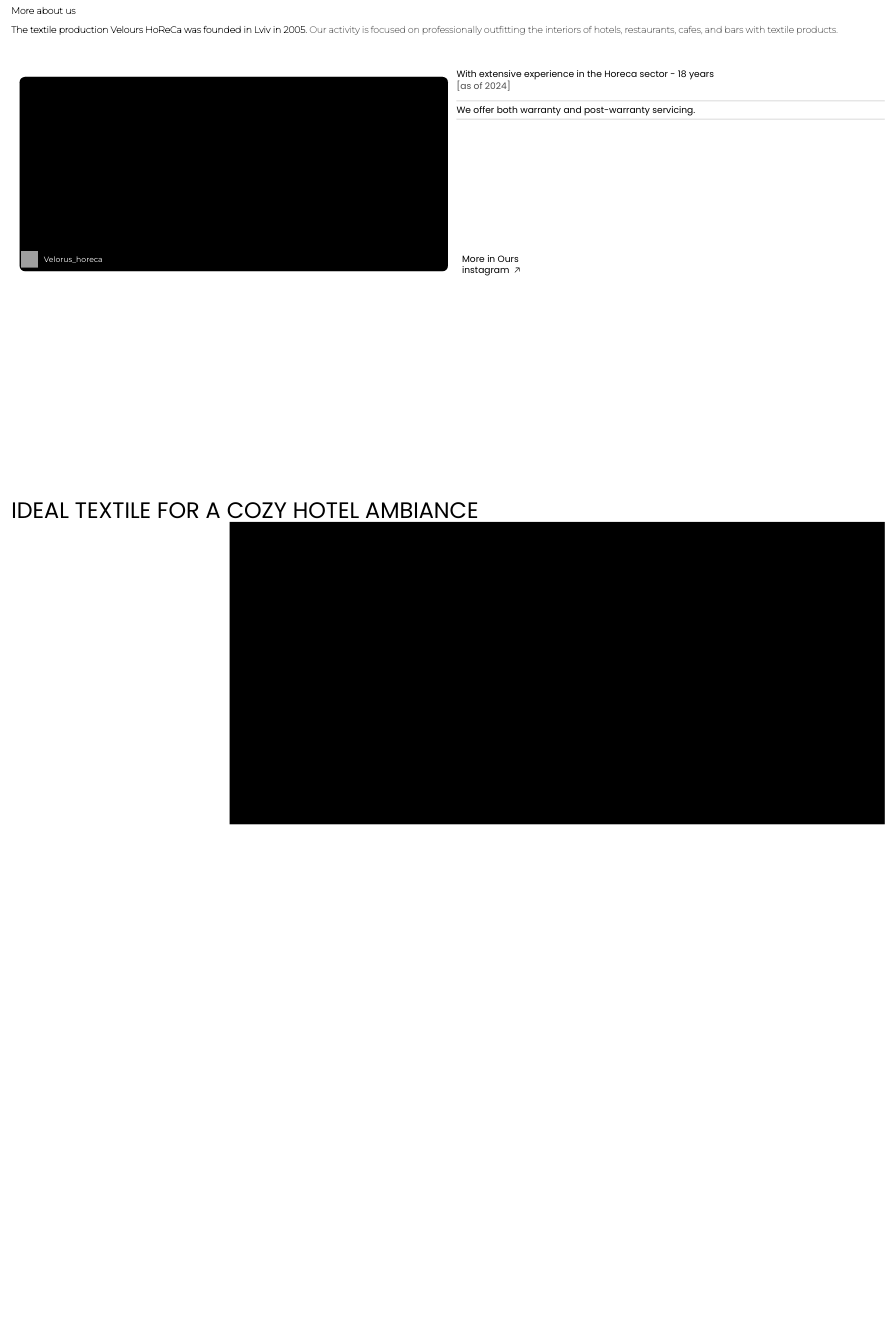
Repository: nikhilsinghrathore1/Shery_02
Page: /
The author's editor kept a copy of each file at every save. The page is drawn from the files as they stood at one save, then again after the next save.
The browser window is 1280 px wide. The pictures show the part of the page from y = 3082 to 5002 px (the page is 5544 px tall), at 70% of full size.
Pictures or frames that could not be fetched are drawn as grey boxes. The project was rebuilt for these pictures with package versions that can differ from the ones it lists, and the page was loaded fresh each time. Also part of the build but not shown: vite.config.js.

Above is the page before, as saved 2024-07-18 03:09:39.

### src/App.jsx
import { useState } from 'react'
import reactLogo from './assets/react.svg'
import viteLogo from '/vite.svg'
import './App.css'
import Landing from './pages/Landing'

function App() {
  const [count, setCount] = useState(0)

  return (
    <>
      <Landing/>
    </>
  )
}

export default App

### src/App.css
@font-face {
  font-family: font1;
  src: url("../public/6624dc4c3f39ffabcd0dc162_Montserrat-VariableFont_wght.ttf");
}
@font-face {
  font-family: font2;
  src: url("../public/CircularXXWeb-Book\ \(1\).ttf");
}
@font-face {
  font-family: font3;
  src: url("../public/JTUQjIg1_i6t8kCHKm459WxRyS7m0dR9pA.ttf");
}
@font-face {
  font-family: font4;
  src: url("../public/JTUSjIg1_i6t8kCHKm459WlhyyTh89Y.ttf");
}
@font-face {
  font-family: font5;
  src: url("../public/pxiEyp8kv8JHgFVrJJfecnFHGPc.ttf");
}

.f1{
  font-family: font1;
}
.f2{
  font-family: font2;
}
.f3{
  font-family: font3;
}
.f4{
  font-family: font4;
}
.f5{
  font-family: font5;
}

### src/pages/Landing.jsx
import React from 'react'
import MoreInsta from '../components/MoreInsta'
import Nav from '../components/Nav'
import SingleHero from '../components/SingleHero'
import VideoCont from '../components/VideoCont'

const Landing = () => {
  return (
    <div className='w-full overflow-hidden'>
               {/* this is the first image gallery part */}
               <div className='w-full h-[400vh] relative '>
               <Nav/>
               <SingleHero img={"https://cdn.prod.website-files.com/6613fb0aff6a7761bf9a817d/66267f01781250e3c4f8ed19_hero-01-p-1080.webp"} text={"hotel"}/>
               <SingleHero img={"https://cdn.prod.website-files.com/6613fb0aff6a7761bf9a817d/66267f00e43626f944ce0076_hero-02-p-1080.webp"} text={"restaurant"}/>
               <SingleHero img={"https://cdn.prod.website-files.com/6613fb0aff6a7761bf9a817d/66267f011d36d94902bbbcd3_hero-03-p-1080.webp"} text={"catering"}/>
               <SingleHero img={"https://cdn.prod.website-files.com/6613fb0aff6a7761bf9a817d/66267f0015a49ebd0cb05e50_hero-04-p-1080.webp"} text={"+automative"}/>
               </div>

               {/* this is the second text wala part  */}

               <div className='w-full  h-[120vh] px-4 pt-32 leading-[42px]'>
                              {/* this is the variable weight text */}
                              <div className='w-full f4 text-[32px] font-semibold text-black uppercase h-fit'>
                                             <p><span className='pl-44'>full</span> responsibility from project to implementation.</p>
                              </div>

                              <div className='f4 text-[13px] font-semibold mt-10 leading-none'>
                                             <p>More about us</p>
                                             <p className='mt-3 leading-[16px] font-semibold'>The textile production Velours HoReCa was founded in Lviv in 2005. <span className='opacity-60'>Our activity is focused on professionally outfitting the interiors of hotels, restaurants, cafes, and bars with textile products.</span></p>
                              </div>

                              <div className='w-full flex h-[50vh] mt-12 '>
                                             <div className='w-1/2 h-full flex justify-end pt-3'>
                                                            <VideoCont/>
                                             </div>
                                             <div className='w-1/2 h-full flex flex-col justify-between pl-3 pb-16 f5 font-light'>

                                                            <div className='w-full leading-[17px]  text-[13px]'>
                                                                           <p>With extensive experience in the Horeca sector - 18 years </p>
                                                                           <p className='opacity-70'>[as of 2024]</p>

                                                                           <div className='border-y-[1px] border-black/20 py-1 mt-3'>
                                                                                          <p>We offer both warranty and post-warranty servicing.</p>
                                                                           </div>
                                                            </div>

                                                            <div className='f4 pl-2'>
                                                                           <MoreInsta/>
                                                            </div>



                                             </div>
                              </div>
               </div>

               <div className='w-full h-[250vh] px-4 pt-12'>
               <div className=' uppercase text-[32px] w-full leading-[35px] f5 font-light '>
                                             <p className='w-[78%]'>ideal textile for a cozy hotel ambiance</p>

                                             <div className='w-full flex h-[60vh]'>
                                                            <div className='w-[25%] h-full'></div>
                                                            <div className='w-[75%] h-full bg-black'></div>
                                             </div>
                              </div>
               </div>


    </div>
  )
}

export default Landing

### src/components/MoreInsta.jsx
import React from 'react'
import { GoArrowUpRight } from "react-icons/go";

const MoreInsta = () => {
  return (
    <div className=' leading-[16px] text-[13px] text-black f5 font-light'>
               <p>More in Ours</p>
               <p className='flex items-center gap-1'>instagram <span><GoArrowUpRight/></span></p>
    </div>
  )
}

export default MoreInsta

### src/components/Nav.jsx
import React from 'react'

const Nav = () => {
  return (
    <div className='w-full h-[100vh]  fixed text-white flex flex-col justify-between z-40 top-0'>
        <div className=' flex items-center justify-center pt-7'>

               <div className='flex  flex-col items-center justify-center leading-[18px]'>
                              <h1 className='text-[24px] f1'>Velorus</h1>
                              <h2 className='text-[10px] f1 '>HoReCa</h2>
               </div>
        </div>

        {/* this is the menu bar kinda thingy */}
        <div className='w-full h-[10vh]  px-3  '>

          <div className='w-full h-[65%] bg-black rounded-md flex justify-between px-[2px]'>
            <div className='w-[18%] h-full bg-white flex items-center justify-center overflow-hidden rounded-md'>
              <img className='w-[90%] h-[90%] object-cover' src="https://cdn.prod.website-files.com/6613fb0aff6a7761bf9a817d/6624b9bbba2e8daa37ae2e54_download-img-02.webp" alt="not showing" />
            </div>

            <div className='w-[57%] h-full text-[13px] text-white leading-[16px] f2 flex items-center justify-center'>
              <p>Download our Brochour on services in the HoReCa industry</p>
            </div>


            <div className='w-[15%] h-full bg-white flex items-center justify-center overflow-hidden rounded-md'>
              <img className='w-[80%] h-[80%] object-cover' src="https://cdn.prod.website-files.com/6613fb0aff6a7761bf9a817d/6624bdfbd80898e1c3060de1_download-icon.webp" alt="not showing" />
            </div>
          </div>





        </div>

    </div>
  )
}

export default Nav

### src/components/SingleHero.jsx
import React from 'react'

const SingleHero = ({img , text}) => {
  return (
    <div className='w-full h-[100vh] relative'>
               <div className='absolute bg-black/10 flex items-center justify-center w-full h-full top-0'>
                              <h1 className='uppercase text-[44px] f4 font-bold tracking-wider text-white'>{text}</h1>
               </div>
               <img className='w-full h-full object-cover' src={img} alt="not showing" />
    </div>
  )
}

export default SingleHero

### src/components/VideoCont.jsx
import React from 'react'

const VideoCont = () => {
  return (
    <div className='w-[98%] h-[80%] bg-black rounded-lg pt-[3px] px-[2px] '>
               <div className='w-full h-[87%] overflow-hidden rounded-lg'>
                              <video autoPlay muted loop className='w-full h-full object-cover' src="https://s3.amazonaws.com/webflow-prod-assets/6613fb0aff6a7761bf9a817d/663bcfe77765a0f1702b036f_insta-3.mp4"></video>
               </div>
               <div className='w-full text-white text-[11px] f1 h-[13%] pt-1 flex items-center pb-[2px] gap-2'>
                              <img className='w-[24px] h-[24px] object-cover' src="https://cdn.prod.website-files.com/6613fb0aff6a7761bf9a817d/663bcbd3012e5e6821be914c_logo-horeca.png" alt="not showing" />
                              <p>Velorus_horeca</p>
               </div>
    </div>
  )
}

export default VideoCont

Loaded but not shown: index.html (common file); src/main.jsx (common file); src/index.css (common file); tailwind.config.js (common file)

After the next save:
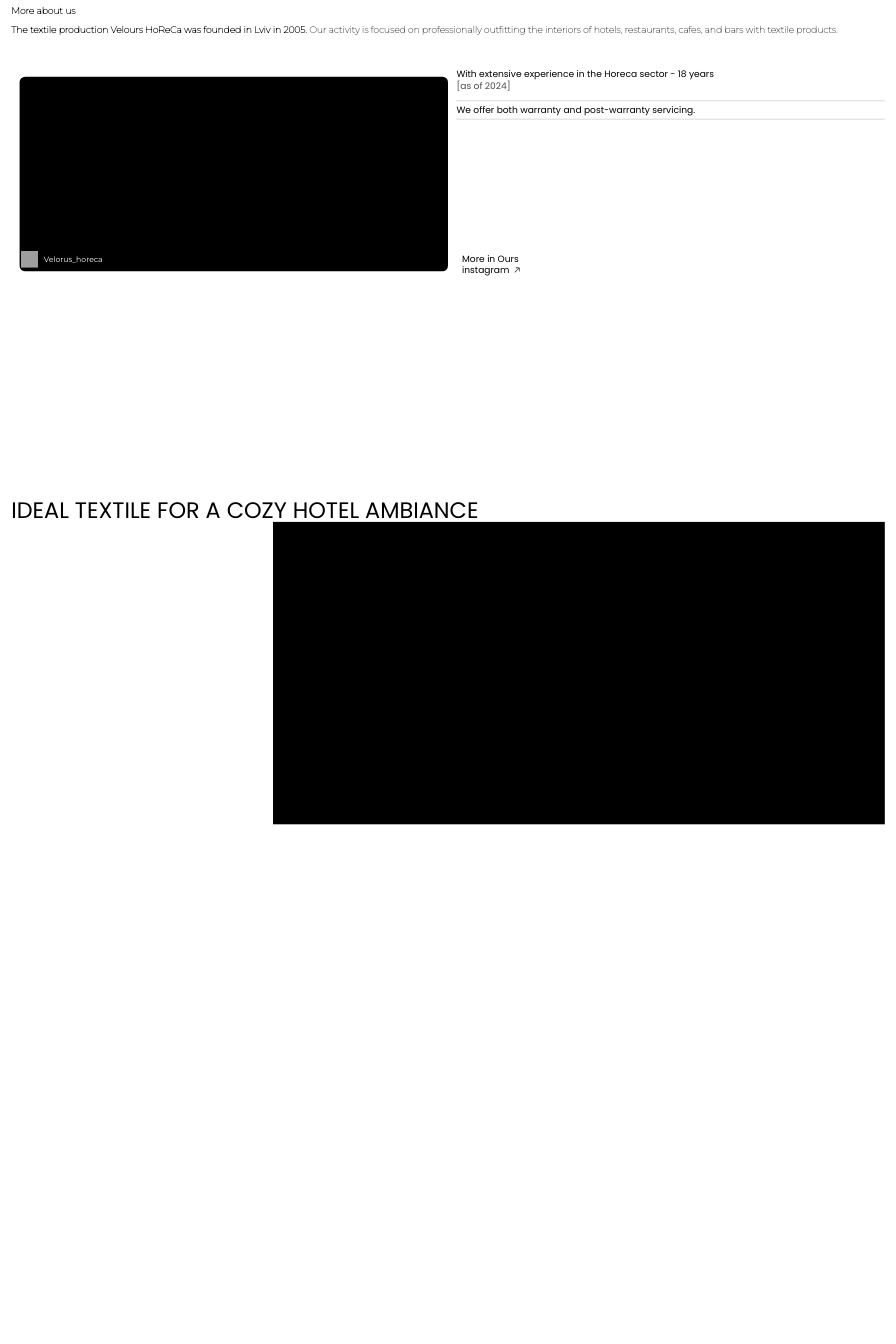
Saved 11 s later.
--- a/src/pages/Landing.jsx
+++ b/src/pages/Landing.jsx
@@ -59,8 +59,8 @@
                                              <p className='w-[78%]'>ideal textile for a cozy hotel ambiance</p>
 
                                              <div className='w-full flex h-[60vh]'>
-                                                            <div className='w-[25%] h-full'></div>
-                                                            <div className='w-[75%] h-full bg-black'></div>
+                                                            <div className='w-[30%] h-full'></div>
+                                                            <div className='w-[70%] h-full bg-black'></div>
                                              </div>
                               </div>
                </div>

After the save that followed:
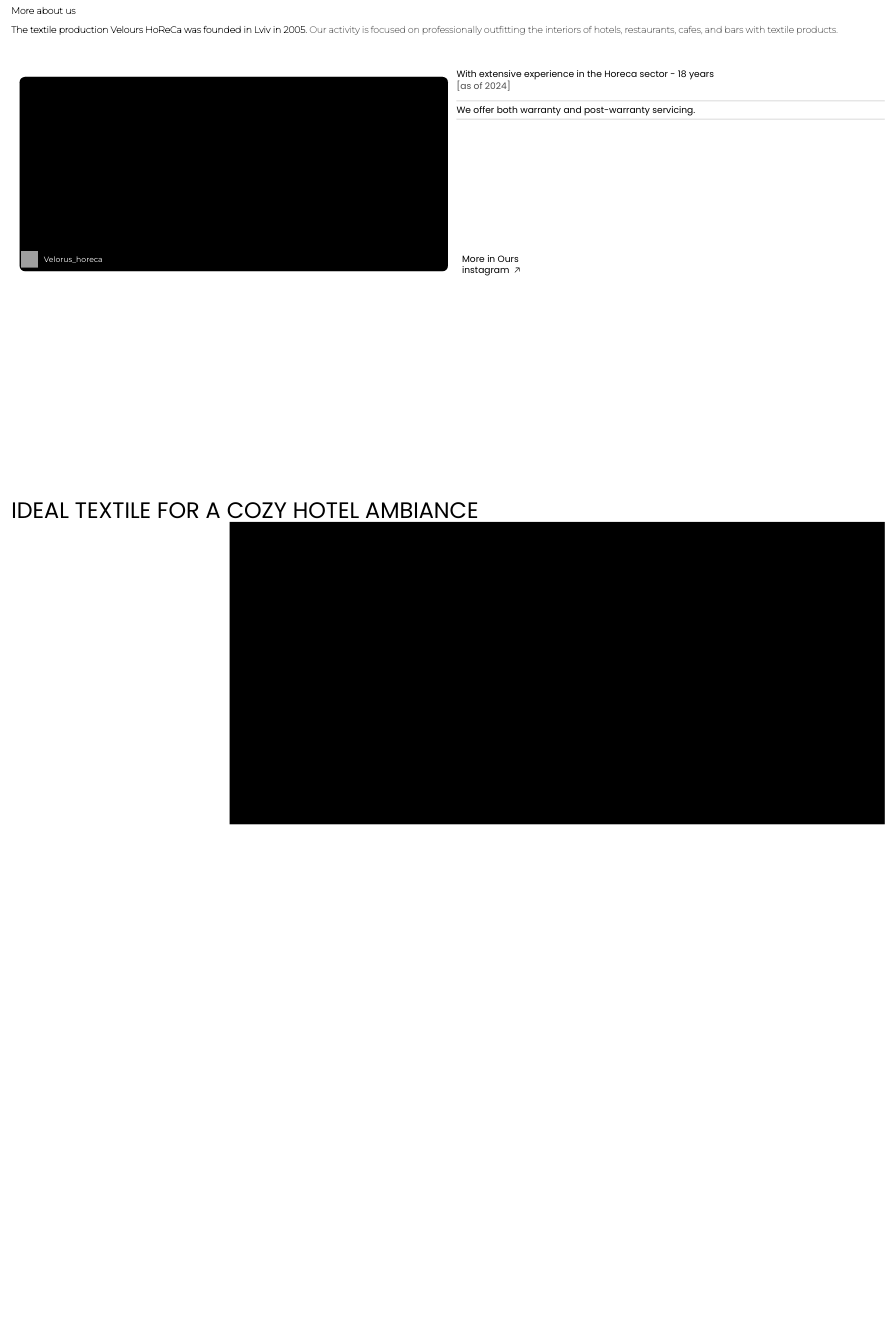
Saved 13 s later.
--- a/src/pages/Landing.jsx
+++ b/src/pages/Landing.jsx
@@ -59,8 +59,8 @@
                                              <p className='w-[78%]'>ideal textile for a cozy hotel ambiance</p>
 
                                              <div className='w-full flex h-[60vh]'>
-                                                            <div className='w-[30%] h-full'></div>
-                                                            <div className='w-[70%] h-full bg-black'></div>
+                                                            <div className='w-[25%] h-full'></div>
+                                                            <div className='w-[75%] h-full bg-black'></div>
                                              </div>
                               </div>
                </div>
